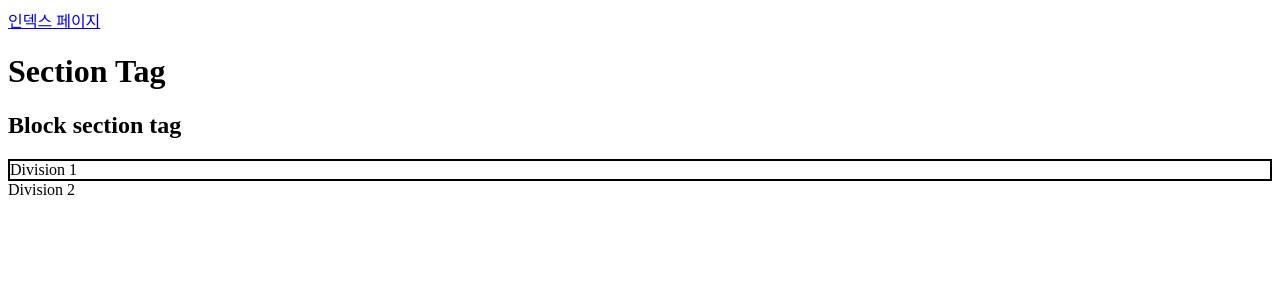
Repository: Sid0130/HTML
Page: lab-web/lab01_html/src/main/webapp/section.html
The author's editor kept a copy of each file at every save. The page is drawn from the files as they stood at one save, then again after the next save.
The browser window is 1280 px wide. The pictures show the whole page.

Above is the page before, as saved 2024-12-03 02:04:53.

### lab-web/lab01_html/src/main/webapp/section.html
<!DOCTYPE html>
<html>
    <head>
        <meta charset="UTF-8">
        <title>lab01</title>
    </head>
        <body>

            <a href="index.html">인덱스 페이지</a>

            <h1>Section Tag</h1>

            <!--위에서 아래로 적혀지는게 블록요소 -->
            <h2>Block section tag</h2>
            <div style="border: 2px solid black;">Division 1</div>
            <div>Division 2</div>
        </body>
</html>

After the next save:
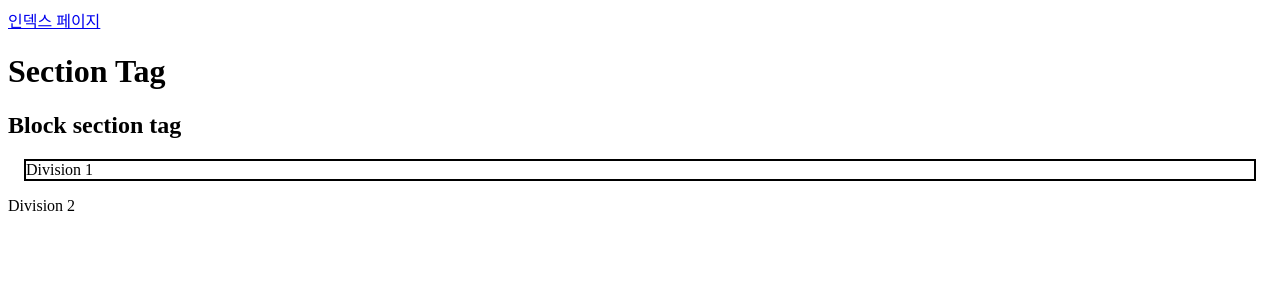
Saved 2 min 0 s later.
--- a/lab-web/lab01_html/src/main/webapp/section.html
+++ b/lab-web/lab01_html/src/main/webapp/section.html
@@ -12,7 +12,7 @@
 
             <!--위에서 아래로 적혀지는게 블록요소 -->
             <h2>Block section tag</h2>
-            <div style="border: 2px solid black;">Division 1</div>
+            <div style="border: 2px solid black; margin: 16px">Division 1</div>
             <div>Division 2</div>
         </body>
 </html>
